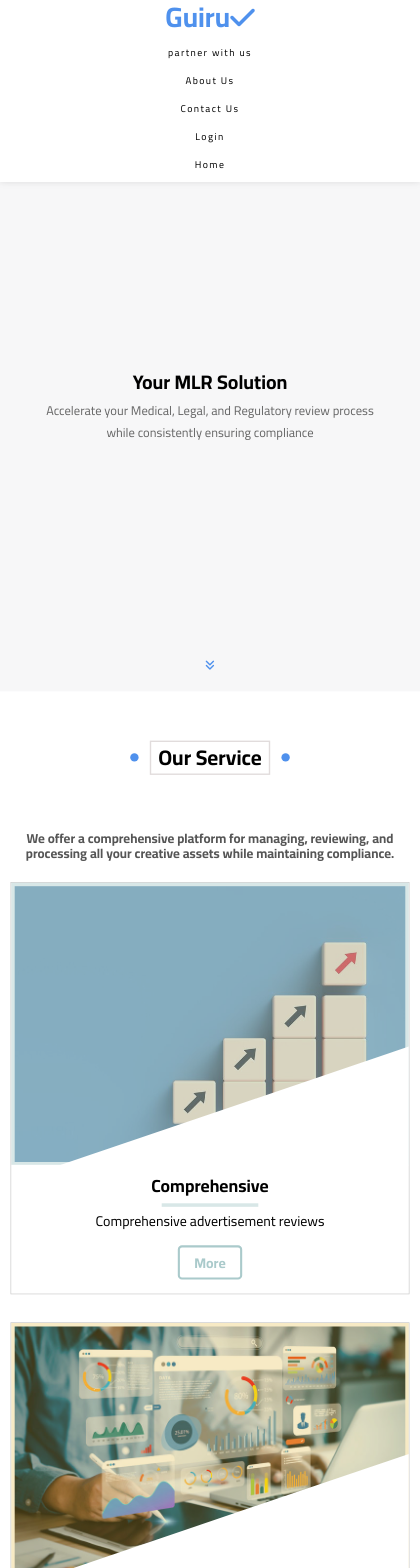
Repository: AsmaaAlothman/Templet-1-website
Page: home.html
These files come from the project's save history. The page is drawn as it stood at one moment and after a run of saves; the edit follows.
The browser window is 600 px wide. The pictures show the part of the page from y = 0 to 2240 px (the page is 5400 px tall before and 5480 px after), at 70% of full size.

Above is the page before, as saved 2024-08-31 13:29:50.

After the next 2 saves:
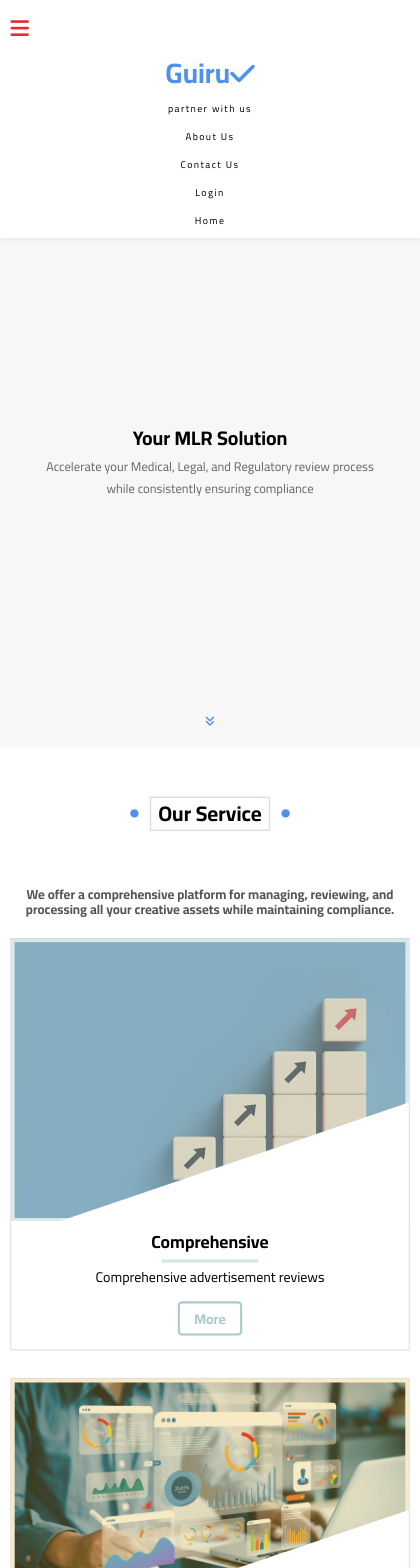
The 2 saves are shown as one change because they came seconds apart.
The last was saved 7 s later.
--- a/css/home.css
+++ b/css/home.css
@@ -238,7 +238,7 @@ img {
 
 @media (max-width: 767px) {
     .check-btn {
-        dis
+        display: block;
     }
 }
 
